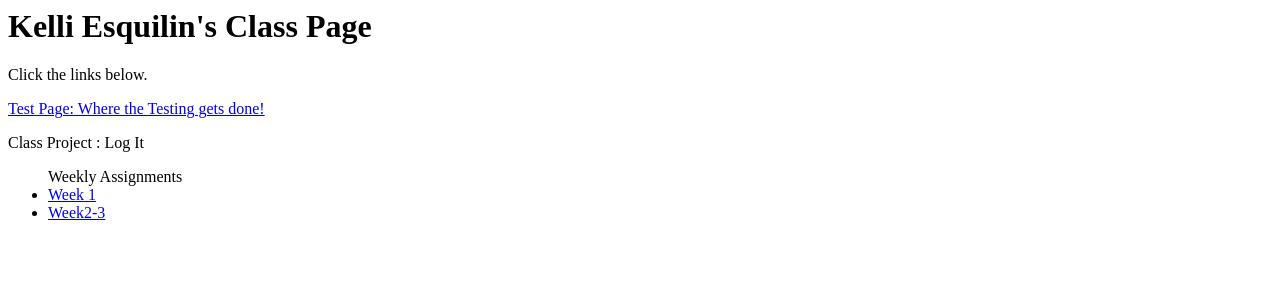
Repository: kesquili/kesquili.github.io
Page: index.html
The author's editor kept a record of every edit. The page is drawn from the files as they stood at one moment, then again after the next edit.
The browser window is 1280 px wide. The pictures show the whole page.

Above is the page before.

### index.html
<html>
    <head>
     <title>WD2</title>
    </head>

    <body>
        <h1>Kelli Esquilin's Class Page</h1>
            <p>Click the links below.</p>

         <div class="section2">
             <a href="test/index.html">Test Page: Where the Testing gets done!</a>
         </div>
         <div>
             <p>Class Project : Log It</p>
         </div>
         <div class="section1">
             <ul>Weekly Assignments
                 <li><a href="helloworld/hw.html">Week 1</a></li>
                 <li><a href="classhomepage/index.html">Week2-3</a></li>
            </ul>
         </div>
    </body>

</html>

After the next edit:
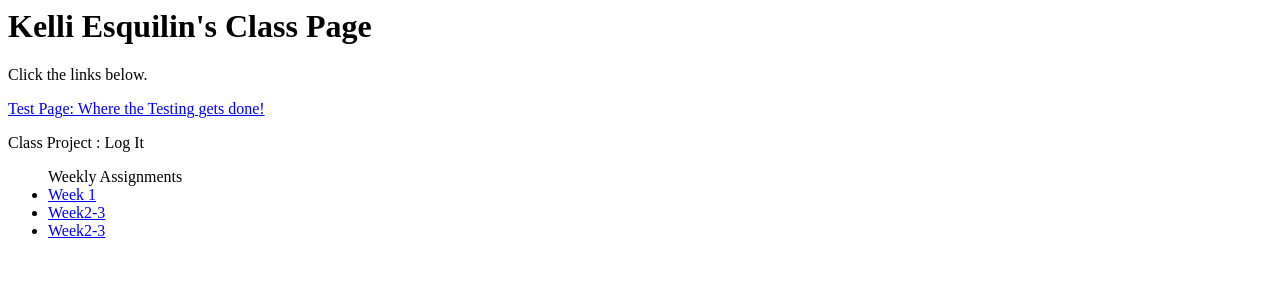
The edit:
--- a/index.html
+++ b/index.html
@@ -17,6 +17,8 @@
              <ul>Weekly Assignments
                  <li><a href="helloworld/hw.html">Week 1</a></li>
                  <li><a href="classhomepage/index.html">Week2-3</a></li>
+                <li><a href="fitin/login.html">Week2-3</a></li>
+
             </ul>
          </div>
     </body>
